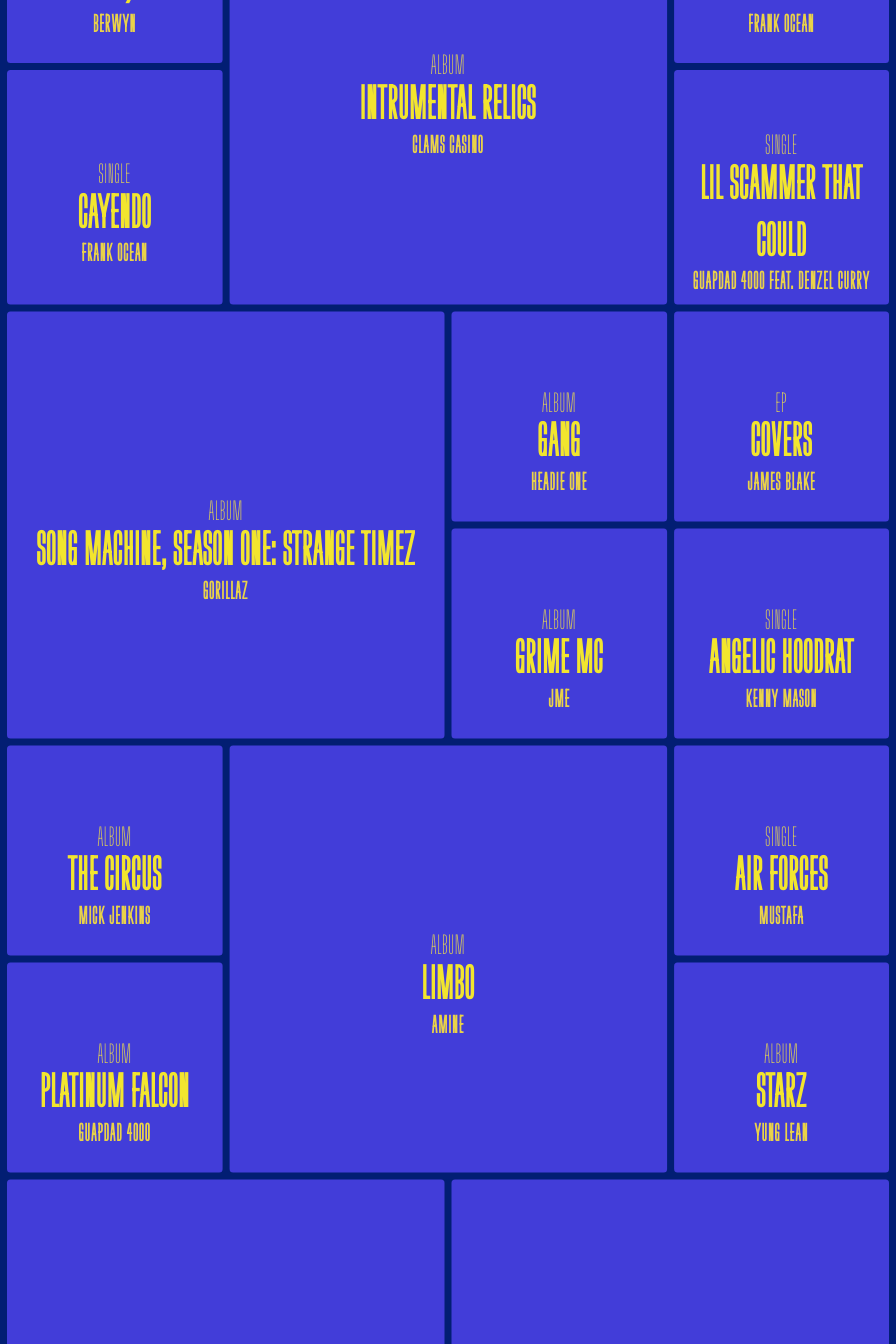
Repository: Spreceriany/musicly2020
Page: /
The author's editor kept a copy of each file at every save. The page is drawn from the files as they stood at one save, then again after the next save.
The browser window is 1280 px wide. The pictures show the part of the page from y = 2490 to 4410 px (the page is 6035 px tall), at 70% of full size.
Backgrounds fixed to the window are drawn as part of the page. The project was rebuilt for these pictures with package versions that can differ from the ones it lists, and the page was loaded fresh each time.

Above is the page before, as saved 2021-01-16 17:44:52.
Console error: ReferenceError: Blazy is not defined

### index.html
<!doctype html>
<html class="no-js" lang="">

<head>
  <meta charset="utf-8">
  <title></title>
  <meta name="description" content="">
  <meta name="viewport" content="width=device-width, initial-scale=1">

  <meta property="og:title" content="">
  <meta property="og:type" content="">
  <meta property="og:url" content="">
  <meta property="og:image" content="">

  <link rel="manifest" href="site.webmanifest">
  <link rel="apple-touch-icon" href="icon.png">
  <!-- Place favicon.ico in the root directory -->

  <link rel="stylesheet" href="css/main.css">

  <meta name="theme-color" content="#fafafa">
</head>

<body>

  <div class="intro-wrapper">
    <div class="intro-bg" id="intro-bg">

    </div>
    <h3 id="title">
      My favourite albums/singles of <span class="year">2020</span>
    </h3>
    <p id="title-desc">
      A collection of music I've been listening to throughout the year
    </p>
  </div>

  <div class="grid-layout">
    <div class="grid-item grid-item-1">
      <div class="image-container  data-tilt data-tilt-glare data-tilt-max-glare="0.8"">

        <a href="https://open.spotify.com/album/6wTyGUWGCilBFZ837k5aRi">
          <img data-src="img/21savage.jpg" class="b-lazy" alt="image">
        </a>
      </div>
      <div class="album-disc">
        <a href="https://open.spotify.com/album/6wTyGUWGCilBFZ837k5aRi">
          <p>Album</p>
          <h2>Savage Mode ||</h2>
          <h3>21 Savage & Metro Boomin</h3>
        </a>
      </div>
    </div>
    <div class="grid-item grid-item-2 ">
      <div class="image-container data-tilt-glare ">
        <a href="https://open.spotify.com/album/4yP0hdKOZPNshxUOjY0cZj">
        <img data-src="img/Weekend-After-Hours-p.jpg" alt="image" class="b-lazy">
      </a>
      </div>
      <div class="album-disc">
        <a href="https://open.spotify.com/album/4yP0hdKOZPNshxUOjY0cZj">
        <p>Album</p>
        <h2>After Hours</h2>
        <h3>The Weeknd</h3>
      </a>
      </div>
    </div>

    <div class="grid-item grid-item-4">
      <div class="image-container">
        <a href="https://open.spotify.com/album/7h4cJfXQZMUCzHdqh25ye6?highlight=spotify:track:5QAUGlyYPPnis3e8ln0qiz">
        <img data-src="img/jpegmafia.jpg" class="b-lazy"  alt="image" >
      </a>
      </div>
      <div class="album-disc">
        <a href="https://open.spotify.com/album/7h4cJfXQZMUCzHdqh25ye6?highlight=spotify:track:5QAUGlyYPPnis3e8ln0qiz">
        <p>Single</p>
        <h2>BALD!</h2>
        <h3>JPEGMAFIA</h3>
        </a>
      </div>
    </div>
    <div class="grid-item span-2 grid-item-5">
      <div class="image-container">
        <a href="https://open.spotify.com/album/3dkB97Zw0sisRWTn0Wokjg?highlight=spotify:track:20wMPnqHdNdBWaKRaMM7fD">
        <img data-src="img/slowthai-feel-away.jpg" class="b-lazy" alt="image" >
      </a>
      </div>
      <div class="album-disc">
        <a href="https://open.spotify.com/album/3dkB97Zw0sisRWTn0Wokjg?highlight=spotify:track:20wMPnqHdNdBWaKRaMM7fD">
        <p>Single</p>
        <h2>Feel Away</h2>
        <h3>Slowthai feat. James Blake</h3>
      </a>
      </div>
    </div>
    <div class="grid-item grid-item-6">
      <div class="image-container">
        <a href="https://open.spotify.com/album/121Hqnfr9tMBdL0LJuIstL">
        <img data-src="img/dawson.jpg" class="b-lazy"  alt="image" >
      </a>
      </div>
      <div class="album-disc">
        <a href="https://open.spotify.com/album/121Hqnfr9tMBdL0LJuIstL">
        <p>Album</p>
        <h2>Pixel Bath</h2>
        <h3>Jean Daawson</h3>
      </a>
      </div>
    </div>
    <div class="grid-item span-2 grid-item-7">
      <div class="image-container">
        <a href="https://open.spotify.com/album/5LsyqeWryTmxsmda4xkm5a">
        <img data-src="img/denzel.jpg" class="b-lazy"  alt="image" >
      </a>
      </div>
      <div class="album-disc">
        <a href="https://open.spotify.com/album/5LsyqeWryTmxsmda4xkm5a">
        <p>Album</p>
        <h2>UNLOCKED</h2>
        <h3>Denzel Curry</h3>
      </a>
      </div>
    </div>
    <div class="grid-item span-2 grid-item-8">
      <div class="image-container">
        <a href="https://open.spotify.com/album/1YZ3k65Mqw3G8FzYlW1mmp">
        <img data-src="img/circles.jpeg" class="b-lazy" alt="image" >
      </a>
      </div>
      <div class="album-disc">
        <a href="https://open.spotify.com/album/1YZ3k65Mqw3G8FzYlW1mmp">
        <p>Album</p>
        <h2>Circles</h2>
        <h3>Mac Miller</h3>
      </a>
      </div>
    </div>
    <div class="grid-item span-2 grid-item-9">

      <div class="image-container">
        <a href="https://open.spotify.com/album/31qVWUdRrlb8thMvts0yYL">
        <img data-src="img/tame_impala.jpg" class="b-lazy" alt="image" >
      </a>
      </div>
      <div class="album-disc">
        <a href="https://open.spotify.com/album/31qVWUdRrlb8thMvts0yYL">
        <p>Album</p>
        <h2>Slow Rush</h2>
        <h3>Tame Impala</h3>
      </a>
      </div>
    </div>
    <div class="grid-item grid-item-10">

      <div class="image-container">
        <a href="https://open.spotify.com/album/3SucuvOplRzjCm602c5XuK">
         <img data-src="img/berwyn.jpg" class="b-lazy" alt="image" >
        </a>
      </div>
      <div class="album-disc">
        <a href="https://open.spotify.com/album/3SucuvOplRzjCm602c5XuK">
        <p>Album</p>
        <h2>Demotape/Vega</h2>
        <h3>Berwyn</h3>
      </a>
      </div>

    </div>
    <div class="grid-item grid-item-11 span-2">
      <div class="image-container">
        <a href="https://open.spotify.com/album/66eXLlqksAwNndmHaHWtCq">
        <img data-src="img/clams_casino.jpg" class="b-lazy" alt="image" >
      </a>
      </div>
      <div class="album-disc">
        <a href="https://open.spotify.com/album/66eXLlqksAwNndmHaHWtCq">
        <p>Album</p>
        <h2>Intrumental Relics</h2>
        <h3>Clams Casino</h3>
      </a>
      </div>
    </div>
    <div class="grid-item span-2 grid-item-12">
      <div class="image-container">
        <a href="https://open.spotify.com/album/5I9K0u8r52jp4Y2bF8mOaz">
        <img data-src="img/gorillaz.jpg" class="b-lazy" alt="image" >
      </a>
      </div>
      <div class="album-disc">
        <a href="https://open.spotify.com/album/5I9K0u8r52jp4Y2bF8mOaz">
        <p>Album</p>
        <h2>Song Machine, Season One: Strange Timez</h2>
        <h3>Gorillaz</h3>
      </a>
      </div>
    </div>
    <div class="grid-item  grid-item-13">
      <div class="image-container">
        <a href="https://open.spotify.com/album/4XPUXLAWXqM3uWMTucItjd?highlight=spotify:track:62ljuuXo0zrcrtJnnOhfxT">
        <img data-src="img/dearapril.jpg" class="b-lazy" alt="image" >
      </a>
      </div>
      <div class="album-disc">
        <a href="https://open.spotify.com/album/4XPUXLAWXqM3uWMTucItjd?highlight=spotify:track:62ljuuXo0zrcrtJnnOhfxT">
        <p>Single</p>
        <h2>Dear April</h2>
        <h3>Frank Ocean</h3>
      </a>
      </div>
    </div>
    <div class="grid-item grid-item-14">
      <div class="image-container">
        <a href="https://open.spotify.com/album/0FAWfXvd58Rm2VUSZMF8pr">
        <img data-src="img/frank_cayendo.jpg" class="b-lazy"  alt="image" >
      </a>
      </div>
      <div class="album-disc">
        <a href="https://open.spotify.com/album/0FAWfXvd58Rm2VUSZMF8pr">
        <p>Single</p>
        <h2>Cayendo</h2>
        <h3>Frank Ocean</h3>
      </a>
      </div>
    </div>
    <div class="grid-item grid-item-15">
      <div class="image-container">
        <a href="https://open.spotify.com/album/7ks5r98qyspJvfoJtXgdj4?highlight=spotify:track:2nSKol7UyxwffI6jLYTuUd">
        <img data-src="img/guapdad.png" class="b-lazy" alt="image" >
      </a>
      </div>
      <div class="album-disc">
        <a href="https://open.spotify.com/album/7ks5r98qyspJvfoJtXgdj4?highlight=spotify:track:2nSKol7UyxwffI6jLYTuUd">
        <p>Single</p>
        <h2>Lil Scammer That Could</h2>
        <h3>Guapdad 4000 feat. Denzel Curry</h3>
      </a>
      </div>
    </div>
    <div class="grid-item grid-item-16">
      <div class="image-container">
        <a href="https://open.spotify.com/album/5971dUyMLcsZa7IBioI7lP?highlight=spotify:track:1iUWofqtdh9FLzZooLBDw2">
        <img data-src="img/headie.jpg" class="b-lazy" alt="image" >
      </a>
      </div>
      <div class="album-disc">
        <a href="https://open.spotify.com/album/5971dUyMLcsZa7IBioI7lP?highlight=spotify:track:1iUWofqtdh9FLzZooLBDw2">
        <p>Album</p>
        <h2>GANG</h2>
        <h3>Headie One</h3>
      </a>
      </div>
    </div>
    <div class="grid-item span-3 grid-item-17">
      <div class="image-container">
        <a href="https://open.spotify.com/album/7saSlN9qdW5wKoN4M9nNRq">
        <img data-src="img/james-blake.jpg" class="b-lazy" alt="image" >
      </a>
      </div>
      <div class="album-disc">
        <a href="https://open.spotify.com/album/7saSlN9qdW5wKoN4M9nNRq">
        <p>Ep</p>
        <h2>Covers</h2>
        <h3>James Blake</h3>
      </a>
      </div>
    </div>
    <div class="grid-item grid-item-18">
      <div class="image-container">
        <a href="https://open.spotify.com/album/5o5xRlwkhpipPC0jGi2Sm2">
        <img data-src="img/jme.jpg" class="b-lazy" alt="image" >
      </a>
      </div>
      <div class="album-disc">
        <a href="https://open.spotify.com/album/5o5xRlwkhpipPC0jGi2Sm2">
        <p>Album</p>
        <h2>Grime MC</h2>
        <h3>JME</h3>
      </a>
      </div>
    </div>
    <div class="grid-item grid-item-19">
      <div class="image-container">
        <a href="">
        <img data-src="img/kenny.jpg" class="b-lazy" alt="image" >
      </a>
      </div>
      <div class="album-disc">
        <a href="">
        <p>Single</p>
        <h2>Angelic Hoodrat</h2>
        <h3>Kenny Mason</h3>
      </a>
      </div>
    </div>

    <div class="grid-item  grid-item-21">
      <div class="image-container">
        <a href="https://open.spotify.com/album/4SnWrk06dIt4ynFRLpNX6e">
        <img data-src="img/mick.png" class="b-lazy" alt="image" >
      </a>
      </div>
      <div class="album-disc">
        <a href="https://open.spotify.com/album/4SnWrk06dIt4ynFRLpNX6e">
        <p>Album</p>
        <h2>The Circus</h2>
        <h3>Mick Jenkins</h3>
      </a>
      </div>

    </div>
    <div class="grid-item span-2 grid-item-20">
      <div class="image-container">
        <a href="https://open.spotify.com/album/6a8GwYiEMrXgMvZBvuBXrt">
        <img data-src="img/limbo_amine.jpg" class="b-lazy" alt="image" >
      </a>
      </div>
      <div class="album-disc">
        <a href="https://open.spotify.com/album/6a8GwYiEMrXgMvZBvuBXrt">
        <p>Album</p>
        <h2>Limbo</h2>
        <h3>Amine</h3>
      </a>
      </div>
    </div>
    <div class="grid-item span-2 grid-item-22">
      <div class="image-container">
        <a href="https://open.spotify.com/album/35CHoLB0GEwYlOomriifC6">
        <img data-src="img/moses.jpg" class="b-lazy" alt="image" >
      </a>
      </div>
      <div class="album-disc">
        <a href="https://open.spotify.com/album/35CHoLB0GEwYlOomriifC6">
        <p>Album</p>
        <h2>grae</h2>
        <h3>Moses Sumney</h3>
      </a>
      </div>
    </div>
    <div class="grid-item grid-item-23">
      <div class="image-container">
        <a href="">
        <img data-src="img/mustafa.png" class="b-lazy" alt="image" >
      </a>
      </div>
      <div class="album-disc">
        <a href="">
        <p>Single</p>
        <h2>Air Forces</h2>
        <h3>Mustafa</h3>
      </a>
      </div>
    </div>
    <div class="grid-item grid-item-24">
      <div class="image-container">
        <a href="">
        <img data-src="img/platinum falcon.jpg" class="b-lazy" alt="image" >
      </a>
      </div>
      <div class="album-disc">
        <a href="">
        <p>Album</p>
        <h2>Platinum Falcon</h2>
        <h3>Guapdad 4000</h3>
      </a>
      </div>
    </div>
    <div class="grid-item span-2 grid-item-25">
      <div class="image-container">
        <a href="">
        <img data-src="img/motm3.jpg" class="b-lazy" alt="image" >
      </a>
      </div>
      <div class="album-disc">
        <a href="">
        <p>Album</p>
        <h2>Man on the Moon 3</h2>
        <h3>Kid Cudi</h3>
      </a>
      </div>
    </div>
    <div class="grid-item  grid-item-26">
      <div class="image-container">
        <a href="">
        <img data-src="img/yung_lean.png" class="b-lazy"   alt="image" >
      </a>
      </div>
      <div class="album-disc">
        <a href="">
        <p>Album</p>
        <h2>Starz</h2>
        <h3>Yung Lean</h3>
      </a>
      </div>
    </div>
    <div class="grid-item  grid-item-26">
      <div class="image-container">
        <a href="">
        <img data-src="img/tobi.jpg" class="b-lazy"  alt="image" >
      </a>
      </div>
      <div class="album-disc">
        <a href="">
        <p>EP</p>
        <h2>LINGO STARR</h2>
        <h3>tobi lou</h3>
      </a>
      </div>
    </div>
    <div class="grid-item  grid-item-26">
      <div class="image-container">
        <a href="">
        <img data-src="img/whiterose.jpg" class="b-lazy"  alt="image" >
      </a>
      </div>
      <div class="album-disc">
        <a href="">
        <p>Album</p>
        <h2>white ceiling</h2>
        <h3>whiterosemoxie</h3>
      </a>
      </div>
    </div>
    <div class="grid-item span-2 grid-item-26">
      <div class="image-container">
        <a href="">
        <img data-src="img/spiligion.png" class="b-lazy" alt="image" >
      </a>
      </div>
      <div class="album-disc">
        <a href="">
        <p>Album</p>
        <h2>Spligion</h2>
        <h3>Spillage Village</h3>
      </a>
      </div>
    </div>
    <div class="grid-item  grid-item-26">
      <div class="image-container">
        <a href="">
        <img data-src="img/kota.jpg" class="b-lazy" alt="image" >
      </a>
      </div>
      <div class="album-disc">
        <a href="">
        <p>Album</p>
        <h2>EVERYTHING</h2>
        <h3>Kota the Friend</h3>
      </a>
      </div>
    </div>
    <div class="grid-item  grid-item-26">
      <div class="image-container">
        <a href="">
        <img data-src="img/rapper-weed.jpg" class="b-lazy" alt="image" >
      </a>
      </div>
      <div class="album-disc">
        <a href="">
        <p>Single</p>
        <h2>Rapper Weed</h2>
        <h3>SiR</h3>
      </a>
      </div>
    </div>
    <div class="grid-item span-2 grid-item-27">
      <div class="image-container">
        <a href="">
        <img data-src="img/strokes.jpg" class="b-lazy"  alt="image" >
      </a>
      </div>
      <div class="album-disc">
        <a href="">
        <p>Album</p>
        <h2>The New Abnormal</h2>
        <h3>The Strokes</h3>
      </a>
      </div>
    </div>



  </div>




  <script src="js/vendor/modernizr-3.11.2.min.js"></script>
  <script src="js/plugins.js"></script>
  <script defer src="js/main.js"></script>
  <script src="js/blazy.js"></script>
  <script src="js/gsap-public/gsap-public/minified/gsap.min.js"></script>
  <script src="js/vanilla-tilt.min.js"></script>
  <!-- Google Analytics: change UA-XXXXX-Y to be your site's ID. -->
  <script>
    var blazy = new Blazy({
      offset:200
    });
  </script>

  <script type="text/javascript">
    if (window.innerWidth > 996) {
      VanillaTilt.init(document.querySelectorAll(".image-container"), {
      max: 10,
      speed: 700,
      glare:true,
      gyroscope:false,


      "max-glare":.6,
    });

    //It also supports NodeList
    VanillaTilt.init(document.querySelectorAll(".image-container"));
      }

  </script>

  <script src="https://www.google-analytics.com/analytics.js" async></script>
</body>

</html>

### css/main.css
@font-face {
  font-family: "Gt Flexa";
  src: url("../css/GT Flexa Regular.ttf");
}

* {
  -webkit-box-sizing: border-box;
          box-sizing: border-box;
  padding: 0;
  margin: 0;
}

body {
  font-family: "GT Flexa";
  -webkit-font-smoothing: antialiased;
  -moz-osx-font-smoothing: grayscale;
}

.grid-layout {
  display: -ms-grid;
  display: grid;
  -ms-grid-columns: (minmax(300px, 1fr))[auto-fill];
      grid-template-columns: repeat(auto-fill, minmax(300px, 1fr));
  grid-gap: 10px;
  grid-auto-rows: minmax(300px, auto);
  grid-auto-flow: dense;
  padding: 10px;
  background-color: #021E73;
}

.grid-item {
  display: -ms-grid;
  display: grid;
  padding: 1rem;
  font-size: 40px;
  -webkit-box-align: stretch;
      -ms-flex-align: stretch;
          align-items: stretch;
  justify-items: center;
  background-color: #423DD9;
  height: 100%;
  color: #929796;
  border-radius: 5px;
}

.grid-item h2 {
  color: #F2E52E;
  text-transform: uppercase;
  letter-spacing: 2px;
  margin-top: -12px;
  font-size: 4.2rem;
}

.grid-item h3 {
  color: #E9D249;
  text-transform: uppercase;
  letter-spacing: 2px;
  font-size: 2.2rem;
  font-weight: 700;
}

.grid-item p {
  text-transform: uppercase;
  letter-spacing: 1px;
  color: #cabc69;
}

.span-2 {
  -ms-grid-column-span: 2;
      grid-column-end: span 2;
  -ms-grid-row-span: 2;
      grid-row-end: span 2;
}

@media (max-width: 646px) {
  .grid-layout {
    -ms-grid-columns: 1fr;
        grid-template-columns: 1fr;
  }
  .span-2 {
    grid-column-end: auto;
    grid-row-end: auto;
  }
}

img {
  width: 100%;
  height: auto;
}

.image-container {
  width: 100%;
  display: table;
}

.image-container a {
  display: -webkit-box;
  display: -ms-flexbox;
  display: flex;
}

.image-container img {
  -o-object-fit: cover;
     object-fit: cover;
  -webkit-box-shadow: 7px 4px 8px 0px rgba(0, 0, 0, 0.63);
  box-shadow: 7px 4px 8px 0px rgba(0, 0, 0, 0.63);
  -webkit-transition: -webkit-transform .7s ease, -webkit-box-shadow .7s ease;
  transition: -webkit-transform .7s ease, -webkit-box-shadow .7s ease;
  transition: transform .7s ease, box-shadow .7s ease;
  transition: transform .7s ease, box-shadow .7s ease, -webkit-transform .7s ease, -webkit-box-shadow .7s ease;
}

.album-disc {
  width: 100%;
  position: relative;
  display: -webkit-box;
  display: -ms-flexbox;
  display: flex;
  -webkit-box-orient: vertical;
  -webkit-box-direction: normal;
      -ms-flex-direction: column;
          flex-direction: column;
  -webkit-box-align: center;
      -ms-flex-align: center;
          align-items: center;
  -webkit-transition: opacity .7s ease, -webkit-transform .7s ease;
  transition: opacity .7s ease, -webkit-transform .7s ease;
  transition: opacity .7s ease, transform .7s ease;
  transition: opacity .7s ease, transform .7s ease, -webkit-transform .7s ease;
  margin-top: 15px;
}

.album-disc a {
  -ms-flex-item-align: center;
      -ms-grid-row-align: center;
      align-self: center;
  text-decoration: none;
  text-align: center;
  position: relative;
}

.intro-wrapper {
  width: 100%;
  min-height: 100vh;
  background-color: #021E73;
  display: -ms-grid;
  display: grid;
  z-index: 10;
  padding: 40px;
  background-position: 60% center;
  place-content: center;
  position: relative;
}

@media only screen and (max-width: 996px) {
  .intro-wrapper .intro-wrapper {
    background-position: left;
  }
}

.intro-wrapper h3 {
  opacity: 0;
  font-weight: 700;
  text-transform: uppercase;
  color: #F2E52E;
  letter-spacing: 3px;
  font-size: max(11vw, 5rem);
}

@media (max-width: 556px) {
  .intro-wrapper h3, .intro-wrapper p {
    line-height: 94%;
  }
}

.intro-wrapper p {
  font-size: max(5vw, 3rem);
  color: #E9D249;
  letter-spacing: 2px;
  line-height: 45px;
  opacity: 0;
}

.intro-wrapper .intro-bg {
  position: absolute;
  width: 100%;
  height: 100%;
  background-image: url("../img/Sluchatka.png");
  background-size: cover;
  background-repeat: no-repeat;
  background-position: center;
  background-attachment: fixed;
  z-index: -1;
  opacity: 0;
}

@media only screen and (max-width: 996px) {
  .intro-wrapper .intro-bg {
    background-position: left;
  }
}

.year {
  color: #021E73;
  text-shadow: 1px 0 0 #F2E52E, 0 1px 0 #F2E52E, -1px 0 0 #F2E52E, 0 -1px 0 #F2E52E;
}

.b-lazy {
  -webkit-transition: opacity 500ms ease-in-out;
  transition: opacity 500ms ease-in-out;
  max-width: 100%;
  opacity: 0;
}

.b-lazy.b-loaded {
  opacity: 1;
}

.grid-item:hover .image-container img {
  -webkit-transform: scale(1.02);
          transform: scale(1.02);
  -webkit-box-shadow: 5px 3px 30px 9px #000000;
  box-shadow: 0px 14px 43px 6px #000000;
}

.grid-item:hover .album-disc {
  -webkit-transform: scale(0.9);
          transform: scale(0.9);
  opacity: 0.8;
}
/*# sourceMappingURL=main.css.map */

### js/plugins.js
// Avoid `console` errors in browsers that lack a console.
(function() {
  var method;
  var noop = function () {};
  var methods = [
    'assert', 'clear', 'count', 'debug', 'dir', 'dirxml', 'error',
    'exception', 'group', 'groupCollapsed', 'groupEnd', 'info', 'log',
    'markTimeline', 'profile', 'profileEnd', 'table', 'time', 'timeEnd',
    'timeline', 'timelineEnd', 'timeStamp', 'trace', 'warn'
  ];
  var length = methods.length;
  var console = (window.console = window.console || {});

  while (length--) {
    method = methods[length];

    // Only stub undefined methods.
    if (!console[method]) {
      console[method] = noop;
    }
  }
}());

// Place any jQuery/helper plugins in here.

### js/main.js
const timeline = gsap.timeline({defaults: {duration:1}})

timeline
    .to('#intro-bg',{scale:1,opacity:1,duration:1.5})
    .to('#title',{opacity:1})
    .to('#title-desc',{opacity:1})

Loaded but not shown: js/vendor/modernizr-3.11.2.min.js (library); js/gsap-public/gsap-public/minified/gsap.min.js (library); js/vanilla-tilt.min.js (library); js/blazy.js (370 lines, source omitted)

After the next save:
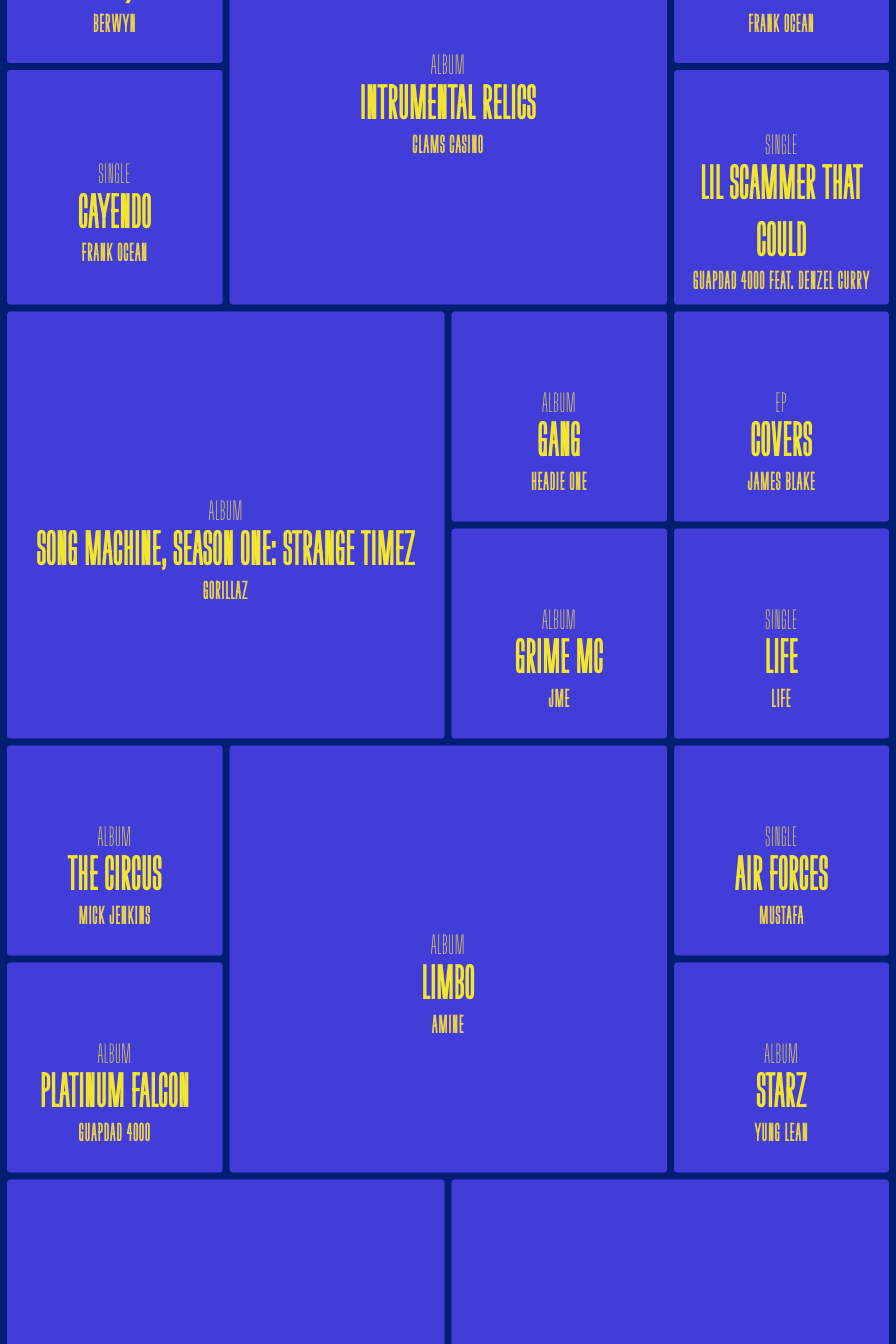
Saved 5 min 45 s later.
--- a/index.html
+++ b/index.html
@@ -282,14 +282,14 @@
     <div class="grid-item grid-item-19">
       <div class="image-container">
         <a href="">
-        <img data-src="img/kenny.jpg" class="b-lazy" alt="image" >
-      </a>
-      </div>
-      <div class="album-disc">
-        <a href="">
-        <p>Single</p>
-        <h2>Angelic Hoodrat</h2>
-        <h3>Kenny Mason</h3>
+        <img data-src="img/lute.jph" class="b-lazy" alt="image" >
+      </a>
+      </div>
+      <div class="album-disc">
+        <a href="">
+        <p>Single</p>
+        <h2>Life</h2>
+        <h3>life</h3>
       </a>
       </div>
     </div>
